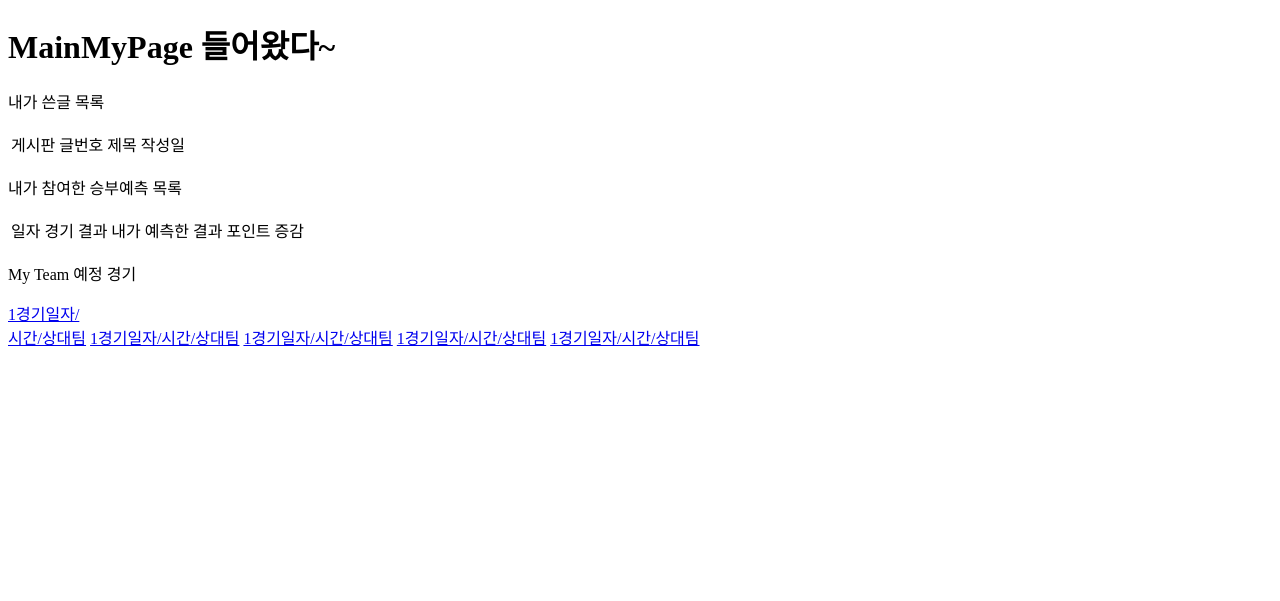
Repository: banana1531/ggs
Page: http://localhost/ggs/WEB-INF/views/myPage/mainMypage.jsp
The author's editor kept a copy of each file at every save. The page is drawn from the files as they stood at one save, then again after the next save.
The browser window is 1280 px wide. The pictures show the whole page.
The page is served by Tomcat 9. Nobody is signed in. The template is opened directly, without the code that normally fills it, so the values that code supplies are empty.

Above is the page before, as saved 2020-07-04 06:56:24.

After the next save:
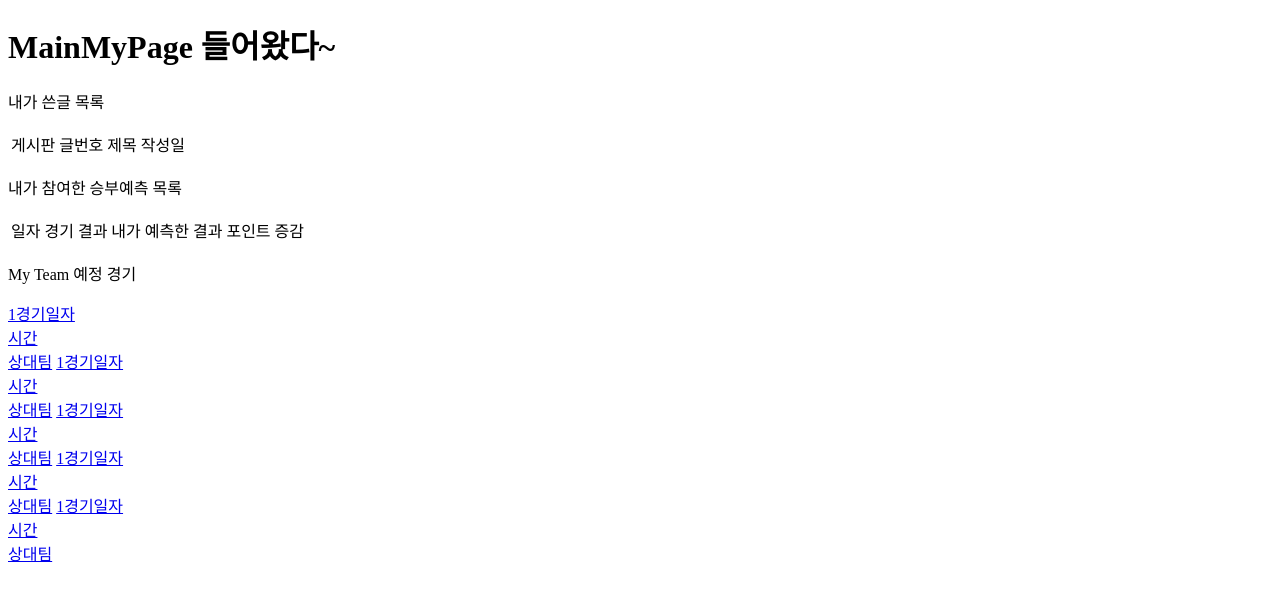
Saved 29 s later.
--- a/99s/ggs/src/main/webapp/WEB-INF/views/myPage/mainMypage.jsp
+++ b/99s/ggs/src/main/webapp/WEB-INF/views/myPage/mainMypage.jsp
@@ -43,11 +43,11 @@
 	<div class="container">
 		<p>My Team 예정 경기</p>
 		  <div class="btn-group btn-group-justified">
-			    <a href="#" class="btn btn-primary btn-lg">1경기일자/<br/>시간/상대팀</a>
-			    <a href="#" class="btn btn-primary">1경기일자/시간/상대팀</a>
-			    <a href="#" class="btn btn-primary">1경기일자/시간/상대팀</a>
-			    <a href="#" class="btn btn-primary">1경기일자/시간/상대팀</a>
-			    <a href="#" class="btn btn-primary">1경기일자/시간/상대팀</a>
+			    <a href="#" class="btn btn-primary">1경기일자<br/>시간<br/>상대팀</a>
+			    <a href="#" class="btn btn-primary">1경기일자<br/>시간<br/>상대팀</a>
+			    <a href="#" class="btn btn-primary">1경기일자<br/>시간<br/>상대팀</a>
+			    <a href="#" class="btn btn-primary">1경기일자<br/>시간<br/>상대팀</a>
+			    <a href="#" class="btn btn-primary">1경기일자<br/>시간<br/>상대팀</a>
 		  </div>
 	</div>
 
